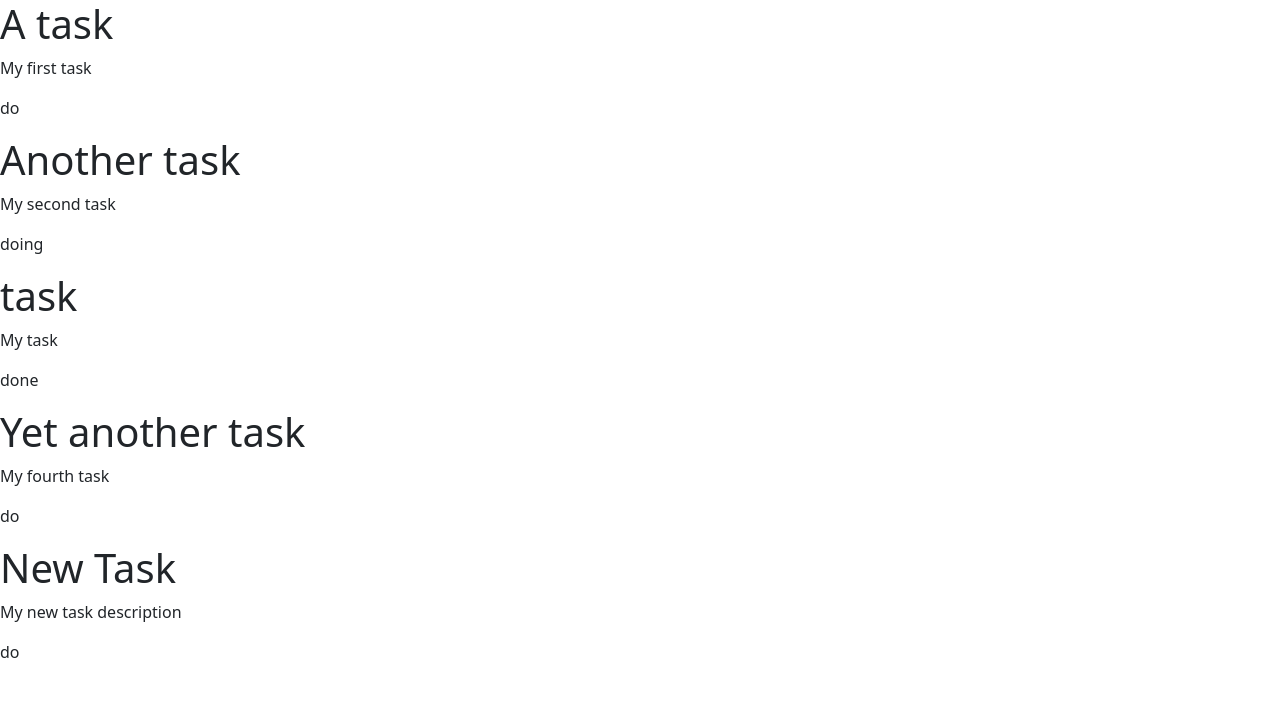
Repository: trider/react-task-app
Page: /tasks
An editor plug-in stored every save of this project. The page is shown before and after a run of saves, followed by the edit.
The browser window is 1280 px wide. The pictures show the whole page.
The project was rebuilt for these pictures with package versions that can differ from the ones it lists, and the page was loaded fresh each time. Also part of the build but not shown: src/pages/Login.js.

Above is the page before, as saved 2024-05-02 17:49:20.

After the next 2 saves:
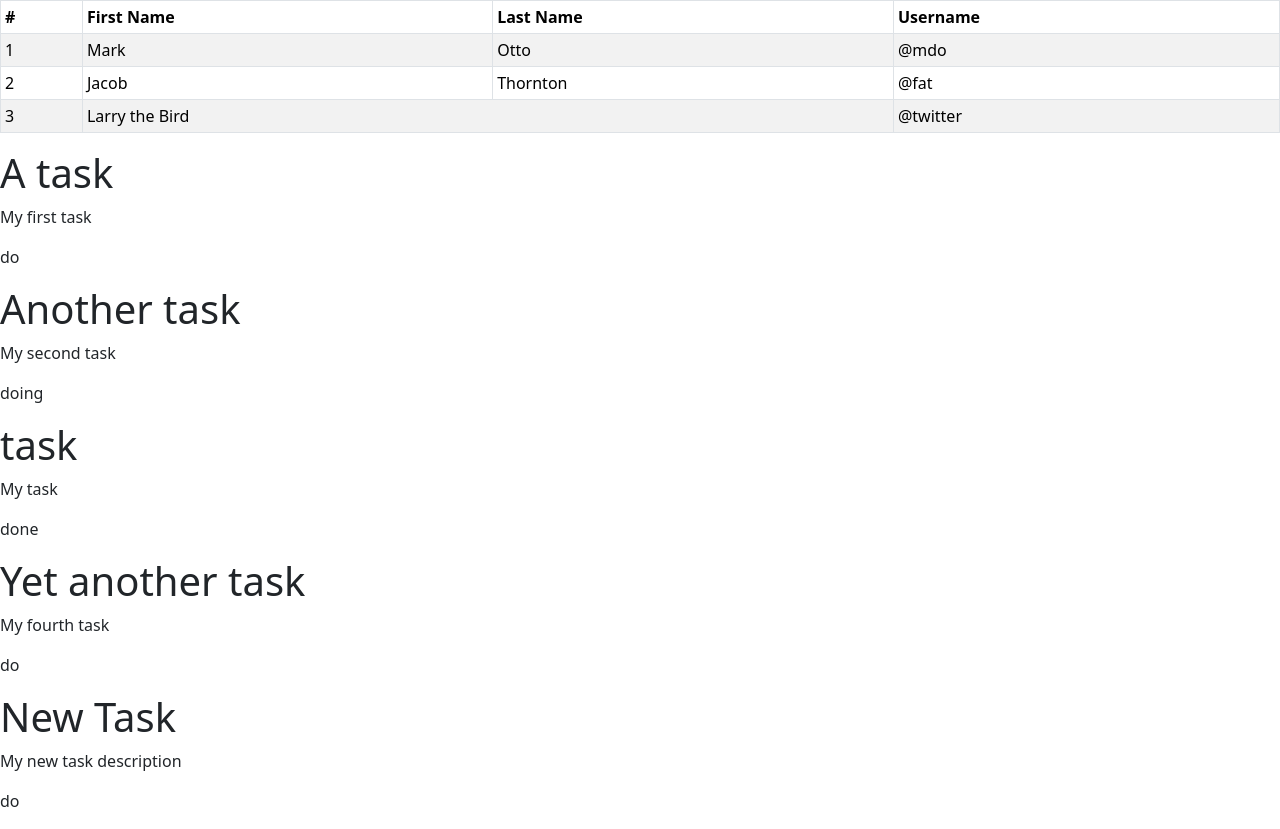
The 2 saves are shown as one change because 1 did not build or start.
The last was saved 27 s later.
--- a/src/pages/Task.js
+++ b/src/pages/Task.js
@@ -63,6 +63,35 @@ const userTasks= [
 const TaskList = () => {
   return (
     <div>
+      <Table striped bordered hover size="sm">
+      <thead>
+        <tr>
+          <th>#</th>
+          <th>First Name</th>
+          <th>Last Name</th>
+          <th>Username</th>
+        </tr>
+      </thead>
+      <tbody>
+        <tr>
+          <td>1</td>
+          <td>Mark</td>
+          <td>Otto</td>
+          <td>@mdo</td>
+        </tr>
+        <tr>
+          <td>2</td>
+          <td>Jacob</td>
+          <td>Thornton</td>
+          <td>@fat</td>
+        </tr>
+        <tr>
+          <td>3</td>
+          <td colSpan="2">Larry the Bird</td>
+          <td>@twitter</td>
+        </tr>
+      </tbody>
+    </Table>
 
 
 
